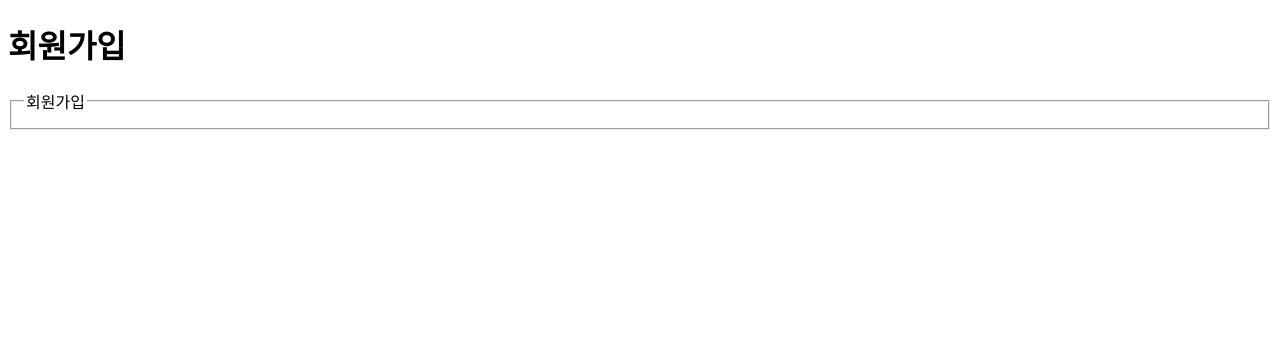
Repository: SeYoung1012/Bitcamp
Page: 60_web/01_Servlet/WebContent/ex04_signup.html
An editor plug-in stored every save of this project. The page is shown before and after the next save, followed by the edit.
The browser window is 1280 px wide. The pictures show the whole page.

Above is the page before, as saved 2021-09-24 03:58:50.

### 60_web/01_Servlet/WebContent/ex04_signup.html
<!DOCTYPE html>
<html>
<head>
<meta charset="UTF-8">
<title> 회원 가입</title>
</head>
<body>
	<h1> 회원가입</h1>
	<form action="singup">
		<fieldset>
		<legend> 회원가입</legend>
		</fieldset>
	</form>

</body>
</html>

After the next save:
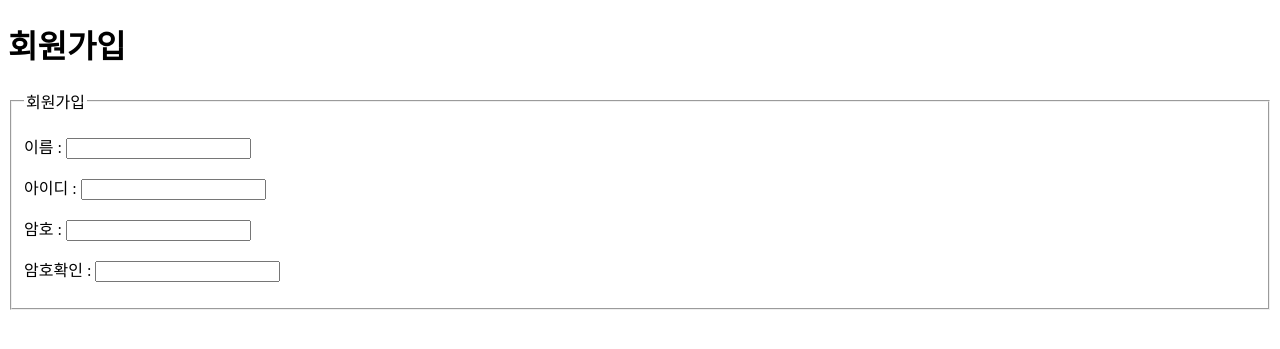
Saved 103 s later.
--- a/60_web/01_Servlet/WebContent/ex04_signup.html
+++ b/60_web/01_Servlet/WebContent/ex04_signup.html
@@ -9,6 +9,11 @@
 	<form action="singup">
 		<fieldset>
 		<legend> 회원가입</legend>
+		<p>이름 : <input type = "text" name ="name"></p>
+		<p>아이디 : <input type = "text" name = "id"></p>
+		<p>암호 : <input type = "password" name = "pwd"></p>
+		<p>암호확인 : <input type = "password" name = "pwd2"></p>
+
 		</fieldset>
 	</form>
 
